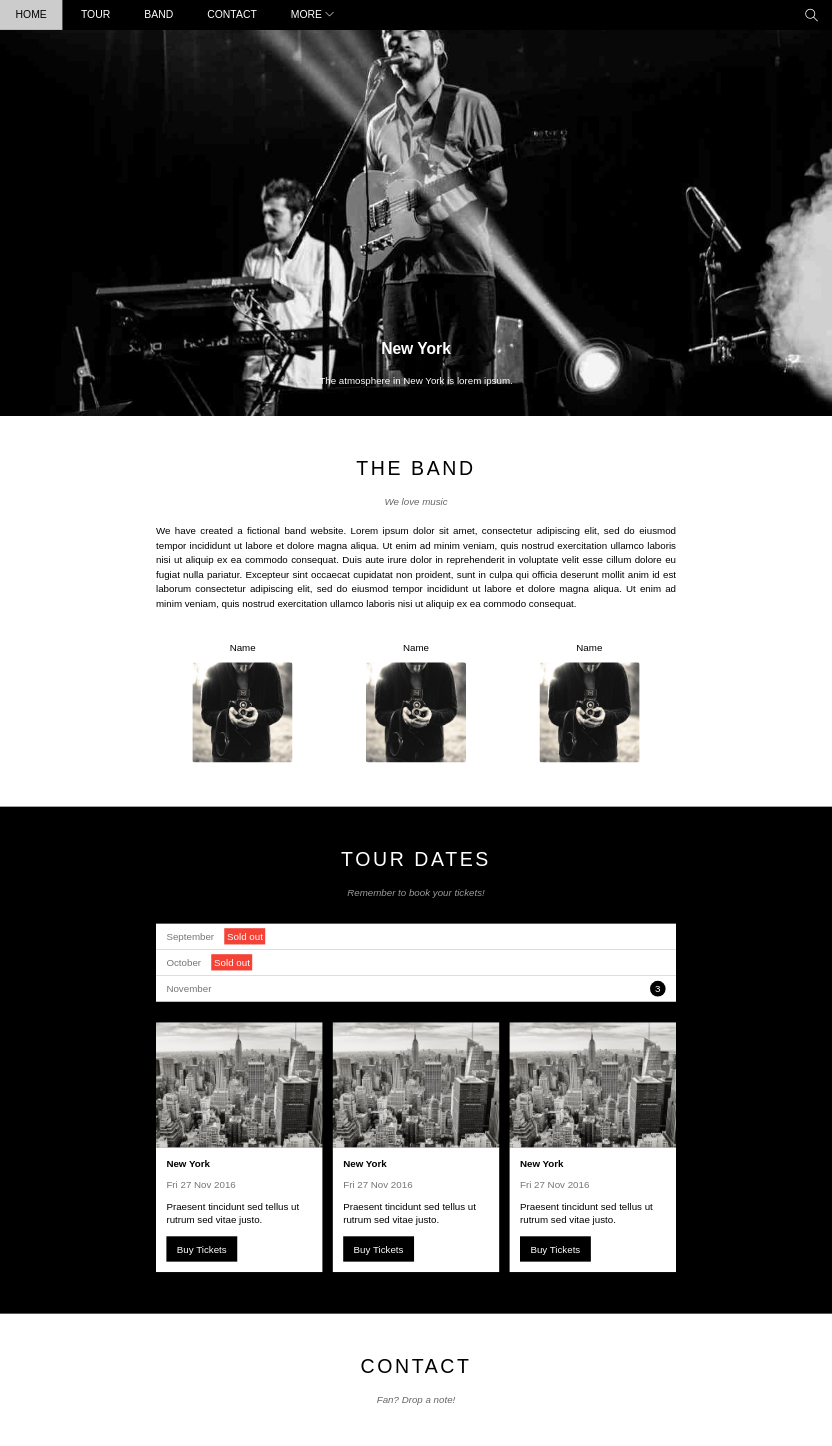
Repository: maivannhan1998/git-w3band
Page: index.html
The author's editor kept a copy of each file at every save. The page is drawn from the files as they stood at one save, then again after the next save.
The browser window is 1280 px wide. The pictures show the whole page, at 65% of full size.

Above is the page before, as saved 2021-09-05 09:23:56.

### index.html
<!DOCTYPE html>
<html lang="en">
<head>
    <meta charset="UTF-8">
    <meta http-equiv="X-UA-Compatible" content="IE=edge">
    <meta name="viewport" content="width=device-width, initial-scale=1.0">
    <title>Document</title>
    <link rel="stylesheet" href="./asset/css/style.css">
    <link rel="stylesheet" href="./asset/fontss/themify-icons/themify-icons.css">
</head>
<body>
    <div id="main">
        <div id="header">
            <!-- Begin: nav -->
            <ul id="nav">
                <li><a href="">Home</a></li>
                <li><a href="">Tour</a></li>
                <li><a href="">Band</a></li>
                <li><a href="">Contact</a></li>
                <li><a href="">
                    More
                    <i class="nav-arrow-down ti-angle-down"></i>
                </a>
                    <ul class="subnav">
                        <li><a href="">Merchandise</a></li>
                        <li><a href="">Extras</a></li>
                        <li><a href="">Media</a></li>
                    </ul>
                </li>
            </ul>
            <!-- End: nav -->

            <!-- Begin: Search button -->
            <div class="search-btn">
                <i class="search-icon ti-search"></i>
            </div>
            <!-- End: Search button -->


        </div>

        <div id="slider">
            <div class="text-content">
                <h2 class="text-heading">New York</h2>
                <div class="text-des">The atmosphere in New York is lorem ipsum.</div>
            </div>
        </div>

        <div id="content">
            <!-- About section -->
            <div class="content-section">
                <h2 class="heading-section">THE BAND</h2>
                <p class="heading-sub-section">We love music</p>
                <p class="about-text">We have created a fictional band website. Lorem ipsum dolor sit amet, consectetur adipiscing elit, sed do eiusmod tempor incididunt ut labore et dolore magna aliqua. Ut enim ad minim veniam, quis nostrud exercitation ullamco laboris nisi ut aliquip ex ea commodo consequat. Duis aute irure dolor in reprehenderit in voluptate velit esse cillum dolore eu fugiat nulla pariatur. Excepteur sint occaecat cupidatat non proident, sunt in culpa qui officia deserunt mollit anim id est laborum consectetur adipiscing elit, sed do eiusmod tempor incididunt ut labore et dolore magna aliqua. Ut enim ad minim veniam, quis nostrud exercitation ullamco laboris nisi ut aliquip ex ea commodo consequat.</p>
                <div class="members-list">
                    <div class="member-item">
                         <p class="member-name">Name</p>
                         <img src="/asset/img/band/member1.jpg" alt="Name" class="member-img">
                    </div>
                    <div class="member-item">
                        <p class="member-name">Name</p>
                        <img src="/asset/img/band/member1.jpg" alt="Name" class="member-img">
                   </div>
                   <div class="member-item">
                    <p class="member-name">Name</p>
                    <img src="/asset/img/band/member1.jpg" alt="Name" class="member-img">
               </div>
               <div class="clear"></div>
                </div>
            </div>

            <!--Tour section  -->
            <div class="tour-section">

                <div class="content-section">
                    <h2 class="heading-section text-white">TOUR DATES</h2>
                    <p class="heading-sub-section text-white">Remember to book your tickets!</p>
                    <ul class="tickets-list">
                        <li>September<span class="sold-out">Sold out</span></li>
                        <li>October<span class="sold-out">Sold out</span></li>
                        <li>November<span class="quanity">3</span></li>
                    </ul>

                    <!-- Plcae section -->
                    <div class="place-list">
                        <div class="place-item">
                            <img src="/asset/img/places/newyork.jpg" alt="New York" class="place-img">
                            <div class="place-content">
                                <h3 class="place-heading">New York</h3>
                                <p class="place-time">Fri 27 Nov 2016</p>
                                <p class="place-des">Praesent tincidunt sed tellus ut rutrum sed vitae justo.</p>
                                <a href="#" class="place-buy-btn">Buy Tickets</a>
                            </div>
                        </div>

                        <div class="place-item">
                            <img src="/asset/img/places/newyork.jpg" alt="New York" class="place-img">
                            <div class="place-content">
                                <h3 class="place-heading">New York</h3>
                                <p class="place-time">Fri 27 Nov 2016</p>
                                <p class="place-des">Praesent tincidunt sed tellus ut rutrum sed vitae justo.</p>
                                <a href="#" class="place-buy-btn">Buy Tickets</a>
                            </div>
                        </div>

                        <div class="place-item">
                            <img src="/asset/img/places/newyork.jpg" alt="New York" class="place-img">
                            <div class="place-content">
                                <h3 class="place-heading">New York</h3>
                                <p class="place-time">Fri 27 Nov 2016</p>
                                <p class="place-des">Praesent tincidunt sed tellus ut rutrum sed vitae justo.</p>
                                <a href="#" class="place-buy-btn">Buy Tickets</a>
                            </div>
                        </div>
                        <div class="clear"></div>
                    </div>

                </div>


            </div>

            <!-- Contact section -->

            <div class="content-section">
                <h2 class="heading-section">CONTACT</h2>
                <p class="heading-sub-section">Fan? Drop a note!</p>

            </div>



        </div>

        <div id="footer">

        </div>
    </div>
</body>
</html>

### asset/css/style.css
/* Reset CSS*/
*{
    padding: 0;
    margin: 0;
    box-sizing: border-box;
}

/* common */
.clear {
    clear: both;
}

.text-white {
    color: #fff !important;
}

html{
    font-family: Arial, Helvetica, sans-serif;

}

#main{

}

#header{
    position: fixed;
    top: 0;
    left: 0;
    right: 0;
    height: 46px;
    background-color: #000;
    z-index: 1;
}

#nav {
    display: inline-block ;
}

#nav, .subnav {
    list-style-type: none;
}

#nav > li {
    display: inline-block;
}

#nav li{
    position: relative;

}

#nav > li > a {
    color: #fff;
    text-transform: uppercase;
}

#nav li a {
    padding: 0 24px;
    line-height: 46px;
    display: block;
    text-decoration: none;
}
#nav .subnav li:hover a,
#nav > li:hover > a {
    color: #000;
    background-color: #ccc;
}

#nav .subnav {
    display: none;
    position: absolute;
    top: 100%;
    left: 0;
    min-width: 160px;
    background-color: #fff;
    box-shadow: 0 0 10px rgba(0, 0, 0, 0.3);
}

#nav .subnav a {
    color: #000;
    background-color: #fff;
    padding: 0 12px;
    line-height: 38px;

}

#nav li:hover .subnav {
    display: block;
}

.nav-arrow-down {
    font-size: 14px;
}

#header .search-btn {
    float: right;
    padding: 0px 21px;

}

#header .search-btn:hover {
    cursor: pointer;
    background-color: #f44336;
}

#header .search-icon {
    color: #fff;
    font-size: 20px;
    line-height: 46px;
}

#slider{
   /* margin-top: 46px; */
   /* chỉ số % chiều ngang của chính nó (chiều cao lun bằng 1/2 chiều ngang) */
   position: relative;
   padding-top: 50%;
   background: url('/asset/img/slider/slider1.jpg') top center / cover no-repeat;
}

#slider .text-content {
    position: absolute;
    bottom: 47px;
    color: #fff;
    width: 100%;
    /* left: 50%;
   transform: translateX(-50%); */
   text-align: center;

}

#sider .text-heading {
    font-weight: 500;
    font-size: 24px;
}

#slider .text-des {
    font-size: 15px;
    margin-top: 25px;
}

#content{

}

#content .content-section {
    width: 800px;
   padding: 64px 0;
   margin-left: auto;
   margin-right: auto;

}

#content .heading-section {
    text-align: center;
    font-size: 30px;
    font-weight: 500;
    letter-spacing: 4px;
}

#content .heading-sub-section {
    text-align: center;
    font-size: 15px;
    margin-top: 25px;
    font-style: italic;
    opacity: 0.6;
}

#content .about-text {
    margin-top: 25px;
    text-align: justify;
    font-size: 15px;
    line-height: 1.5;
}

#content .members-list {
    margin-top: 47px;
    /* overflow: hidden; */
}

#content .member-item{
    float: left;
    text-align: center;
    width: 33.33333%;
}

#content .member-name {
    font-size: 15px;
}

#content .member-img {
    width: 154px;
    margin-top: 15px ;
    border-radius: 4px;

}

/* tour section */

.tour-section {
    background-color: #000;
}

.tickets-list {
    margin-top: 40px;
    list-style-type: none;
    background-color: #fff;

}

.tickets-list li {
    color: #757575;
    font-size: 15px;
    padding: 11px 16px;
    border-bottom: 1px solid #ccc;
}

.tickets-list .sold-out {
    color: #fff;
    background-color: #f44336;
    padding: 4px 4px;
    margin-left: 16px;
}

.tickets-list .quanity {
    float: right;
    color: #fff;
    background-color: #000;
    width: 24px;
    height: 24px;
    border-radius: 50%;
    text-align: center;
    margin-top: -3px;
    line-height: 24px;
}

.place-list{
    margin-top: 32px;
    margin-left: -8px;
    margin-right: -8px;
    /* ngan gon margin; 32px -8px 0; */

}

.place-item{
    float: left;
    width: 33.33333%;
    padding: 0 8px;
}

.place-img{
    width: 100%;
    display: block;
}

.place-img:hover {
    opacity: 0.6;
}

.place-content{
background-color: #fff;
padding: 16px;
font-size: 15px;
}

.place-heading{
    font-size: 15px;
}

.place-time{
    margin-top: 15px;
    color: #757575;
}

.place-des{
    margin: 15px 0;
    line-height: 1.4;
}

.place-buy-btn{
    color: #fff;
    background-color: #000;
    text-decoration: none;
    padding: 11px 16px;
    display: inline-block;
}

.place-buy-btn:hover {
    color: #000;
    background-color: #ccc;
}


#footer{

}

Loaded but not shown: asset/fontss/themify-icons/themify-icons.css (common file)

After the next save:
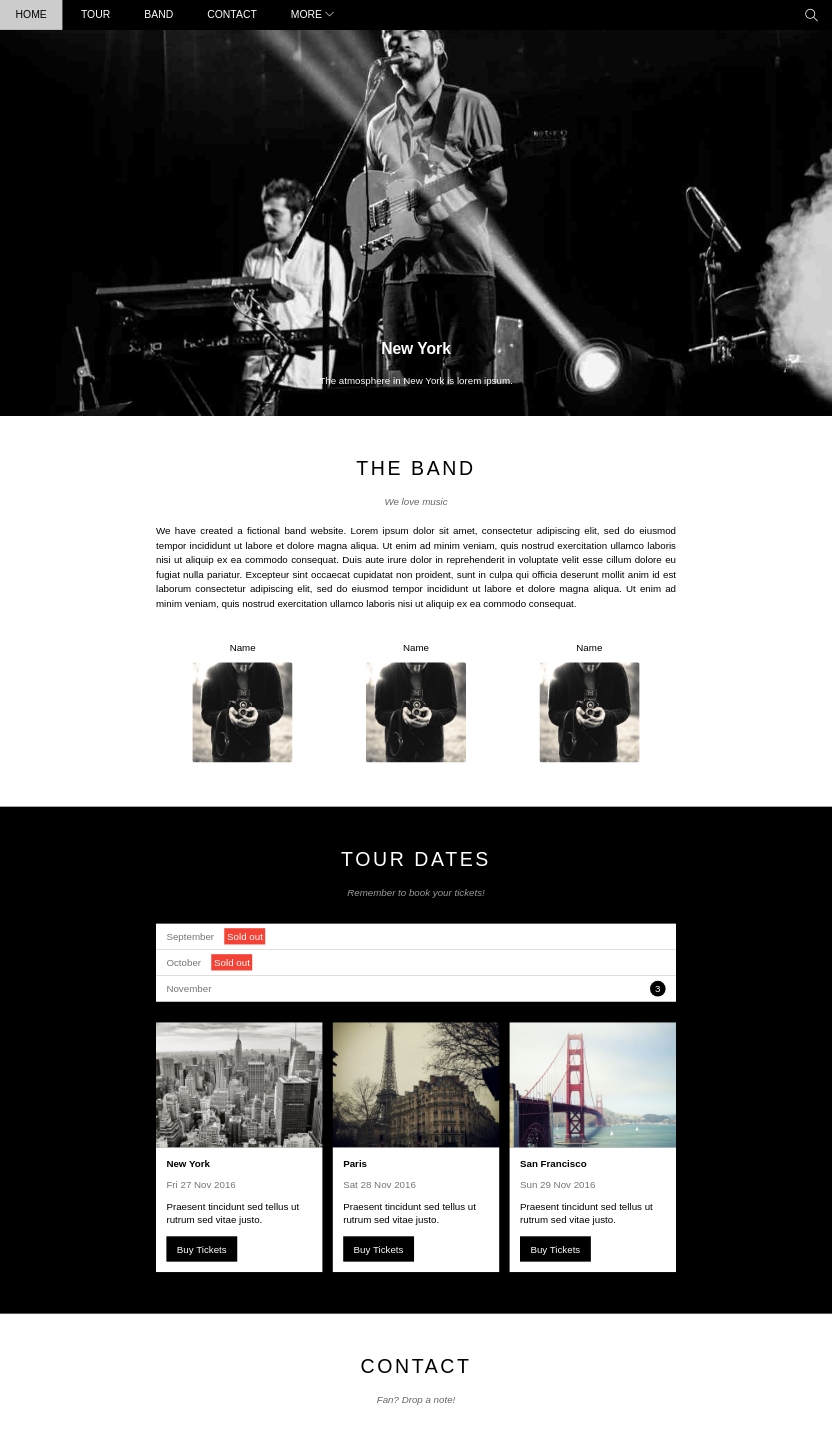
Saved 117 s later.
--- a/index.html
+++ b/index.html
@@ -94,20 +94,20 @@
                         </div>
 
                         <div class="place-item">
-                            <img src="/asset/img/places/newyork.jpg" alt="New York" class="place-img">
+                            <img src="/asset/img/places/paris.jpg" alt="Paris" class="place-img">
                             <div class="place-content">
-                                <h3 class="place-heading">New York</h3>
-                                <p class="place-time">Fri 27 Nov 2016</p>
+                                <h3 class="place-heading">Paris</h3>
+                                <p class="place-time">Sat 28 Nov 2016</p>
                                 <p class="place-des">Praesent tincidunt sed tellus ut rutrum sed vitae justo.</p>
                                 <a href="#" class="place-buy-btn">Buy Tickets</a>
                             </div>
                         </div>
 
                         <div class="place-item">
-                            <img src="/asset/img/places/newyork.jpg" alt="New York" class="place-img">
+                            <img src="/asset/img/places/sanfran.jpg" alt="San Francisco" class="place-img">
                             <div class="place-content">
-                                <h3 class="place-heading">New York</h3>
-                                <p class="place-time">Fri 27 Nov 2016</p>
+                                <h3 class="place-heading">San Francisco</h3>
+                                <p class="place-time">Sun 29 Nov 2016</p>
                                 <p class="place-des">Praesent tincidunt sed tellus ut rutrum sed vitae justo.</p>
                                 <a href="#" class="place-buy-btn">Buy Tickets</a>
                             </div>
